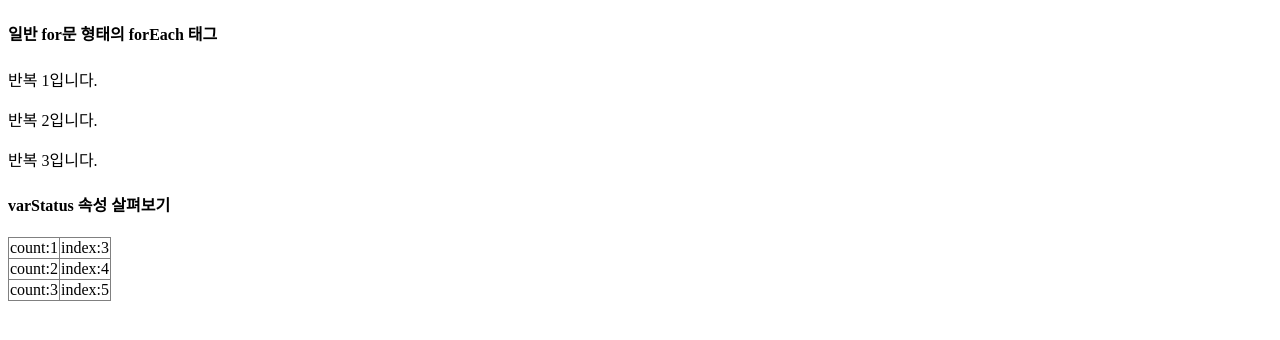
Repository: ahwaboin3/eclipse-workspace-jsp
Page: http://localhost/MustHaveJSP/JSTL/ForEachNormal.jsp
An editor plug-in stored every save of this project. The page is shown before and after the next save, followed by the edit.
The browser window is 1280 px wide. The pictures show the whole page.
The page is served by Tomcat 10. Other server files are loaded and not shown.

Above is the page before, as saved 2025-05-23 01:23:17.

### MustHaveJSP/src/main/webapp/JSTL/ForEachNormal.jsp
<%@ page language="java" contentType="text/html; charset=UTF-8"
    pageEncoding="UTF-8"%>
<%@ taglib prefix="c" uri="jakarta.tags.core" %>
<!DOCTYPE html>
<html>
<head>
<meta charset="UTF-8">
<title>Insert title here</title>
<style type="text/css">
table{
	border-collapse:collapse;
}
</style>
</head>
<body>
<!-- ForEachNormal.jsp -->
<%/*
<c:froEach> 태그
반복을 위해 사용됩니다.

일반 for문 형태
<c:ForEach var="변수명" begin="시작값" end="마지막값" step="증가값" />

향상된 for문 형태(foreach문)
<c:forEach var="변수명" items="컬렉션 혹은 배열" />

<c:forEach> 태그 속성
varStatus - 루프의 현재 상태를 알려주는 변수의 이름을 지정합니다.
varStatus 속성을 통해 얻을 수 있는 정보
속성명 | 일반 for문 | 향상된 for문
current | var에 지정한 현재 루프의 변숫값 반환 | 현재 루프의 실제 요소를 반환
index | var에 지정한 현재 루프의 변숫값 반환 | 현재 루프의 인덱스를 표시(0-마지막)
count | 실제 반복 횟수(1-마지막) | 일반 for문과 동일함
first | 루프의 처음일 때 true반환 | 일반 for문과 동일함
last | 루프의 마지막일 때 true 반환 | 일반 for문과 동일함
*/%>
<h4>일반 for문 형태의 forEach 태그</h4>
<c:forEach begin="1" end="3" step="1" var="i">
	<p>반복 ${i}입니다.</p>
</c:forEach>
<h4>varStatus 속성 살펴보기</h4>
<table border="1">
<c:forEach begin="3" end="5" var="i" varStatus="loop">
	<tr>
		<td>count:${loop.count }</td>
		<td>index:${loop.index }</td>
	</td>
</c:forEach>
</table>
</body>
</html>

After the next save:
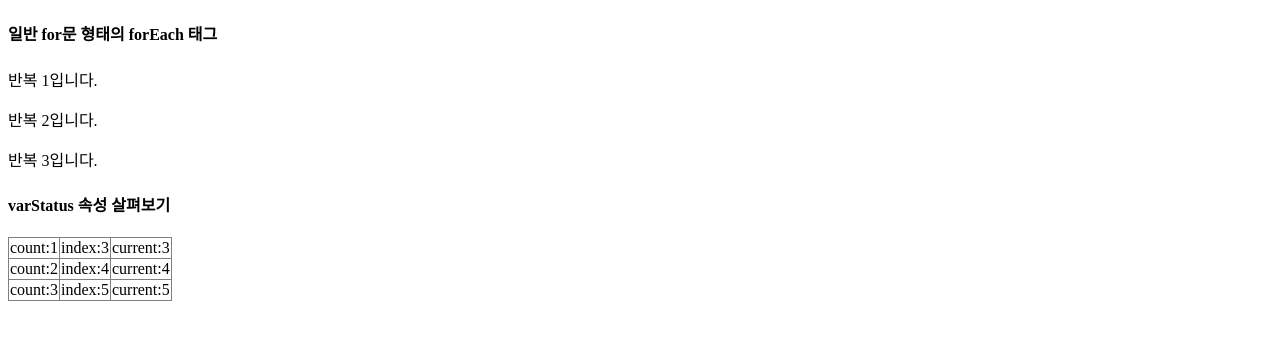
Saved 43 s later.
--- a/MustHaveJSP/src/main/webapp/JSTL/ForEachNormal.jsp
+++ b/MustHaveJSP/src/main/webapp/JSTL/ForEachNormal.jsp
@@ -44,6 +44,7 @@ last | 루프의 마지막일 때 true 반환 | 일반 for문과 동일함
 	<tr>
 		<td>count:${loop.count }</td>
 		<td>index:${loop.index }</td>
+		<td>current:${loop.current }</td>
 	</td>
 </c:forEach>
 </table>
